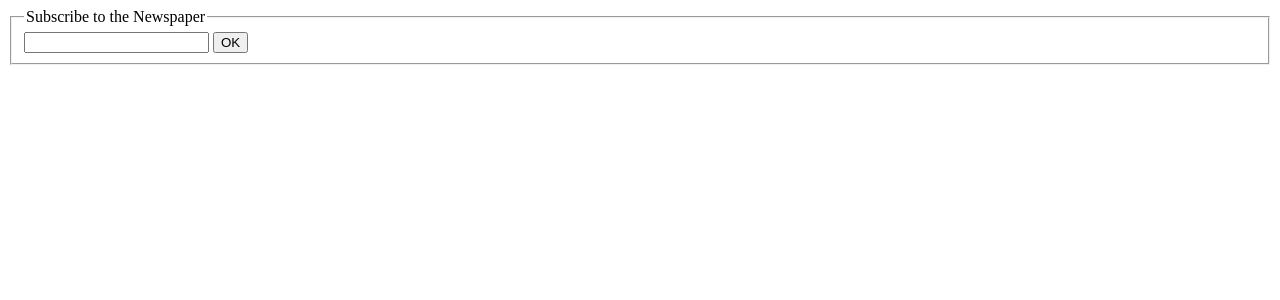
Repository: wakoya-tech/Node.js
Page: Desktop/Node-js/okey.html
These files come from the project's save history. The page is drawn as it stood at one moment and after the next save; the edit follows.
The browser window is 1280 px wide. The pictures show the whole page.

Above is the page before, as saved 2025-11-13 15:51:38.

### Desktop/Node-js/okey.html
<!DOCTYPE html>
<html lang="en">
<head>
    <meta charset="UTF-8">
    <meta name="viewport" content="width=device-width, initial-scale=1.0">
    <title>Document</title>
</head>
<body>
<form action="/subscribe" method="post">
<fieldset>
<legend>Subscribe to the Newspaper</legend>
<input type="email"name="email">
<button>OK</button>
</fieldset>

</form>
</body>
</html>

After the next save:
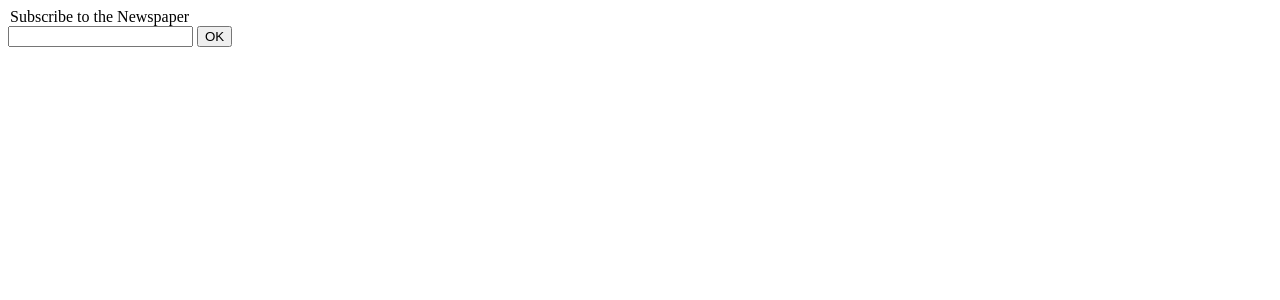
Saved 49 s later.
--- a/Desktop/Node-js/okey.html
+++ b/Desktop/Node-js/okey.html
@@ -7,12 +7,10 @@
 </head>
 <body>
 <form action="/subscribe" method="post">
-<fieldset>
+
 <legend>Subscribe to the Newspaper</legend>
 <input type="email"name="email">
 <button>OK</button>
-</fieldset>
-
 </form>
 </body>
 </html>

After the save that followed:
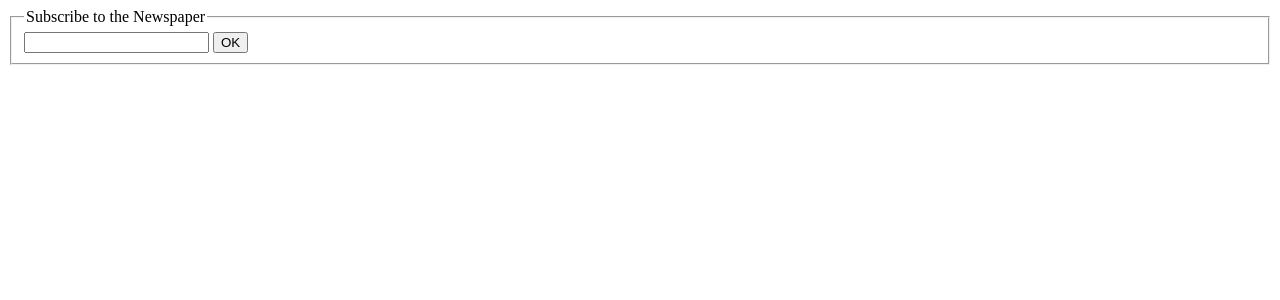
Saved 11 s later.
--- a/Desktop/Node-js/okey.html
+++ b/Desktop/Node-js/okey.html
@@ -7,10 +7,11 @@
 </head>
 <body>
 <form action="/subscribe" method="post">
-
+<fieldset>
 <legend>Subscribe to the Newspaper</legend>
 <input type="email"name="email">
 <button>OK</button>
+</fieldset>
 </form>
 </body>
 </html>
